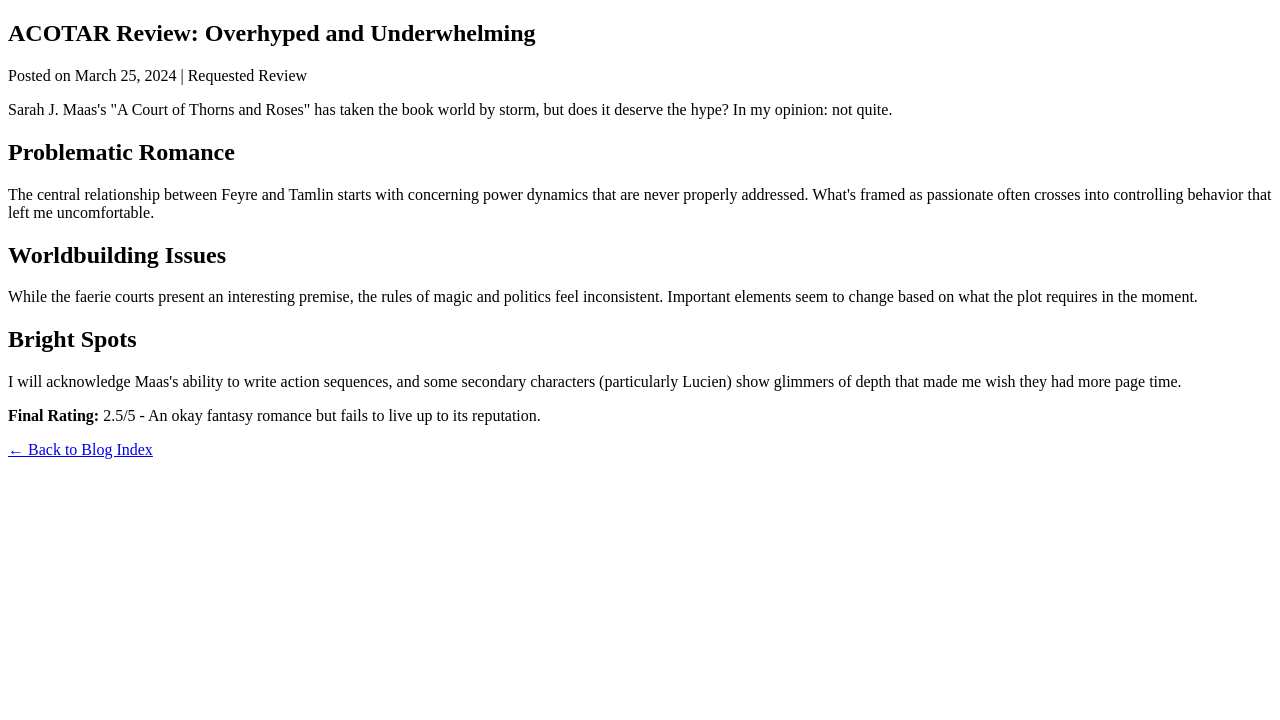
Repository: pjpatrick071/pjpatrick071.github.io
Page: posts/acotar-review.html
The author's editor kept a copy of each file at every save. The page is drawn from the files as they stood at one save, then again after the next save.
The browser window is 1280 px wide. The pictures show the whole page.
Some web fonts or font styles are not loaded; a fallback is used.

Above is the page before, as saved 2025-04-02 23:26:27.

After the next save:
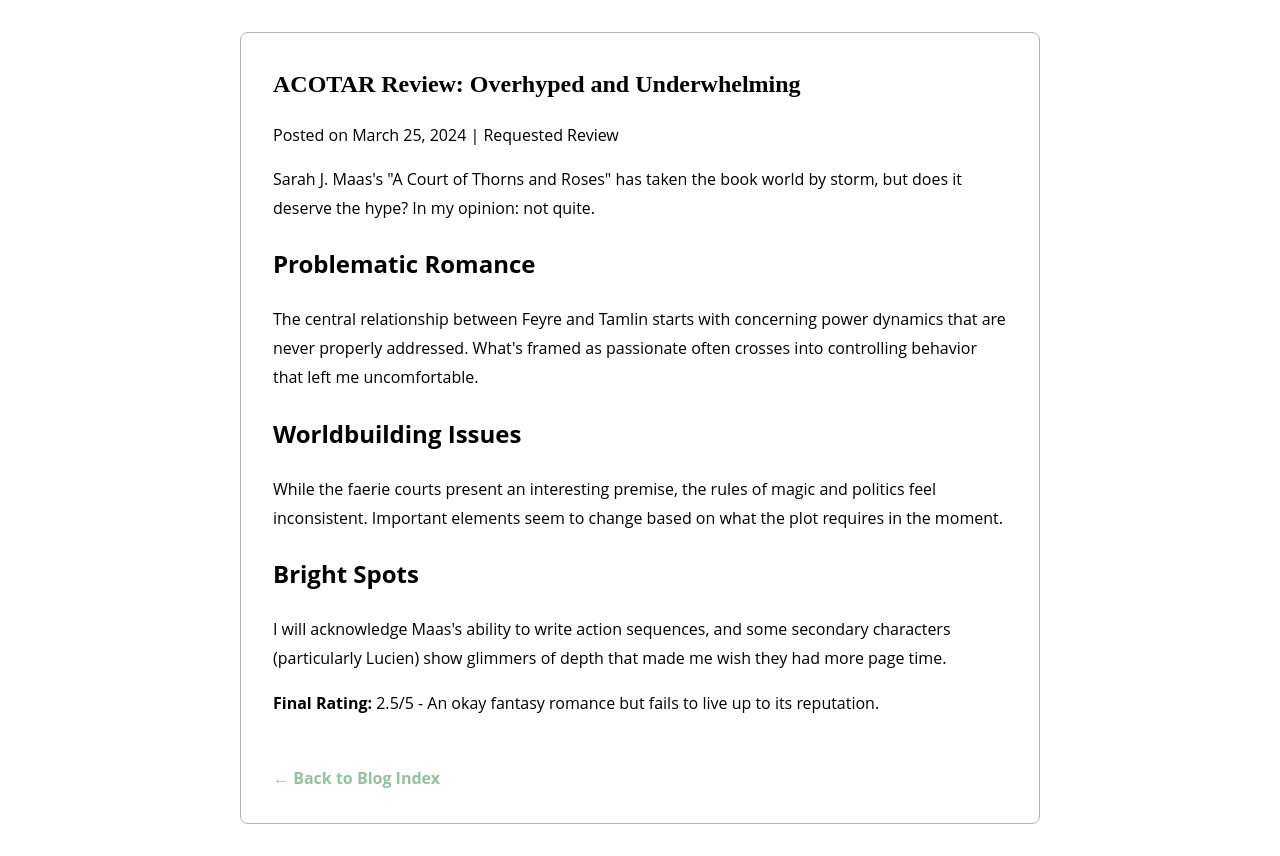
Saved 25 s later.
--- a/posts/acotar-review.html
+++ b/posts/acotar-review.html
@@ -1,7 +1,53 @@
 <!DOCTYPE html>
 <html lang="en">
-<head>
-    <!-- Same head as snail-trail.html -->
+    <head>
+        <meta charset="UTF-8">
+        <meta name="viewport" content="width=device-width, initial-scale=1.0">
+        <title>Behind the Snail Trail | PJ's Postings</title>
+        <link href="https://fonts-api.wp.com/css?family=Playfair+Display:400,400i,700,700i|Open+Sans:400,400i,700,700i&subset=latin,latin-ext" rel="stylesheet">
+        <link href="https://cdnjs.cloudflare.com/ajax/libs/font-awesome/6.4.0/css/all.min.css" rel="stylesheet">
+        <style>
+            /* Copy all CSS from blog.html */
+            body {
+                font-family: 'Open Sans', sans-serif;
+                line-height: 1.6;
+                margin: 0;
+                padding: 0;
+                background-color: white;
+                color: black;
+            }
+            .container {
+                max-width: 800px;
+                margin: 2rem auto;
+                padding: 0 1rem;
+            }
+            .blog-post {
+                background-color: white;
+                border: 1px solid #b3b3b3;
+                border-radius: 8px;
+                padding: 2rem;
+            }
+            .post-title {
+                font-family: 'Playfair Display', serif;
+                margin-top: 0;
+            }
+            .post-content {
+                line-height: 1.8;
+            }
+            .post-content img {
+                max-width: 100%;
+                height: auto;
+                margin: 1rem 0;
+            }
+            .back-to-blog {
+                display: inline-block;
+                margin-top: 2rem;
+                color: #94c0a4;
+                font-weight: bold;
+                text-decoration: none;
+            }
+        </style>
+    </head>
     <title>ACOTAR Review | PJ's Postings</title>
 </head>
 <body>
